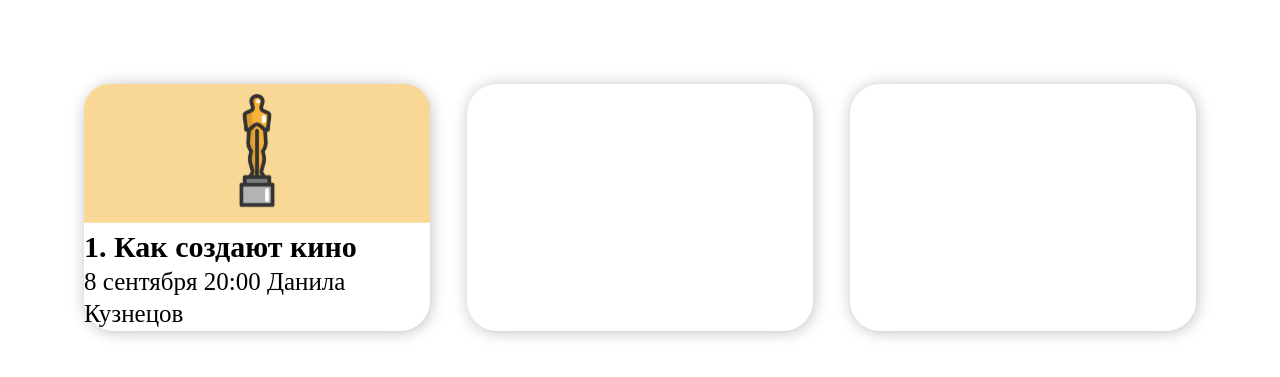
Repository: AytacSafarova/Grid-template
Page: index.html
These files come from the project's save history. The page is drawn as it stood at one moment and after the next save; the edit follows.
The browser window is 1280 px wide. The pictures show the whole page.

Above is the page before, as saved 2023-05-06 18:44:01.

After the next save:
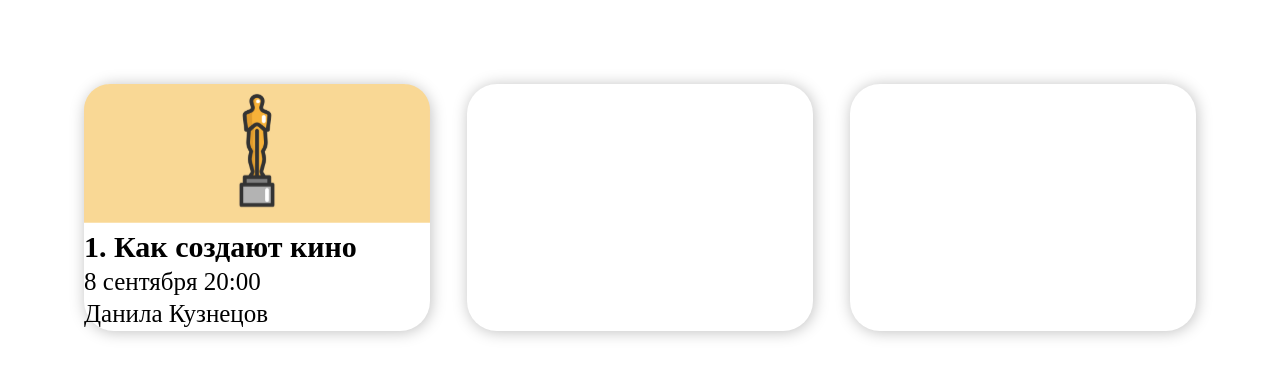
Saved 11 s later.
--- a/index.css
+++ b/index.css
@@ -34,6 +34,8 @@
 
 }
 p{
+    width: 212px;
+
     font-style: normal;
 font-weight: 400;
 font-size: 25px;
